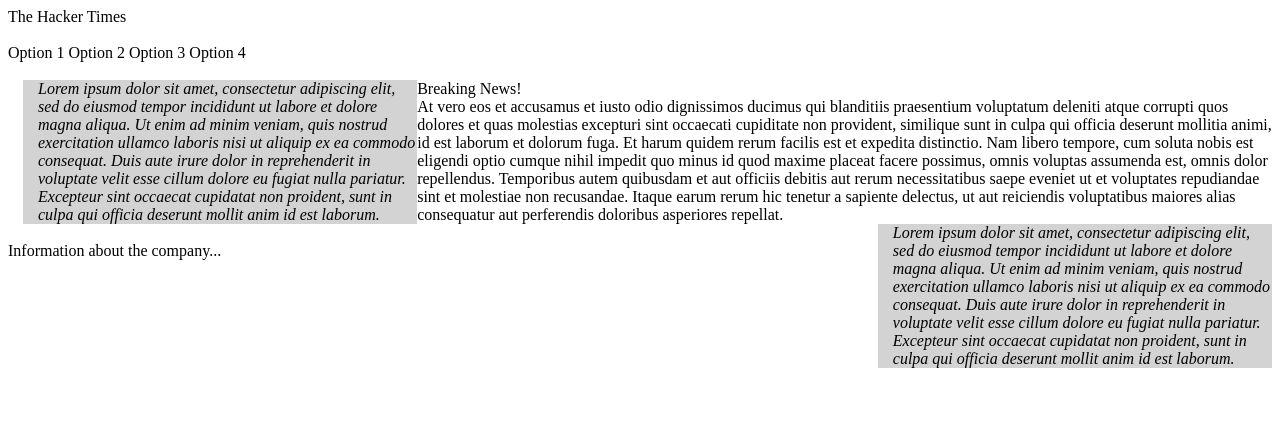
Repository: HackerUSA-CE/CSS-My-CSS-Garden
Page: index.html
The author's editor kept a copy of each file at every save. The page is drawn from the files as they stood at one save, then again after the next save.
The browser window is 1280 px wide. The pictures show the whole page.

Above is the page before, as saved 2020-12-02 11:26:46.

### index.html
<!DOCTYPE html>
<html>

<head>
    <title>The Hacker Times</title>
    <link rel="stylesheet" type="text/css" href="main.css" />
</head>

<body>
    <header>
        The Hacker Times
    </header>
    <br/>
    <nav>
        <a>Option 1</a>
        <a>Option 2</a>
        <a>Option 3</a>
        <a>Option 4</a>
    </nav>
    <br/>
    <aside class="aside-left">
        Lorem ipsum dolor sit amet, consectetur adipiscing elit, sed do eiusmod tempor incididunt ut labore et dolore magna aliqua. Ut enim ad minim veniam, quis nostrud exercitation ullamco laboris nisi ut aliquip ex ea commodo consequat. Duis aute irure dolor
        in reprehenderit in voluptate velit esse cillum dolore eu fugiat nulla pariatur. Excepteur sint occaecat cupidatat non proident, sunt in culpa qui officia deserunt mollit anim id est laborum.
    </aside>
    <section>
        Breaking News!
        <article>
            At vero eos et accusamus et iusto odio dignissimos ducimus qui blanditiis praesentium voluptatum deleniti atque corrupti quos dolores et quas molestias excepturi sint occaecati cupiditate non provident, similique sunt in culpa qui officia deserunt mollitia
            animi, id est laborum et dolorum fuga. Et harum quidem rerum facilis est et expedita distinctio. Nam libero tempore, cum soluta nobis est eligendi optio cumque nihil impedit quo minus id quod maxime placeat facere possimus, omnis voluptas
            assumenda est, omnis dolor repellendus. Temporibus autem quibusdam et aut officiis debitis aut rerum necessitatibus saepe eveniet ut et voluptates repudiandae sint et molestiae non recusandae. Itaque earum rerum hic tenetur a sapiente delectus,
            ut aut reiciendis voluptatibus maiores alias consequatur aut perferendis doloribus asperiores repellat.
        </article>
    </section>
    <aside class="aside-right">
        Lorem ipsum dolor sit amet, consectetur adipiscing elit, sed do eiusmod tempor incididunt ut labore et dolore magna aliqua. Ut enim ad minim veniam, quis nostrud exercitation ullamco laboris nisi ut aliquip ex ea commodo consequat. Duis aute irure dolor
        in reprehenderit in voluptate velit esse cillum dolore eu fugiat nulla pariatur. Excepteur sint occaecat cupidatat non proident, sunt in culpa qui officia deserunt mollit anim id est laborum.
    </aside>
    <br/>
    <footer>
        Information about the company...
    </footer>
</body>

</html>

### main.css
.aside-left {
    width: 30%;
    padding-left: 15px;
    margin-left: 15px;
    float: left;
    font-style: italic;
    background-color: lightgray;
}

.aside-right {
    width: 30%;
    padding-left: 15px;
    margin-left: 15px;
    float: right;
    font-style: italic;
    background-color: lightgray;
}

After the next save:
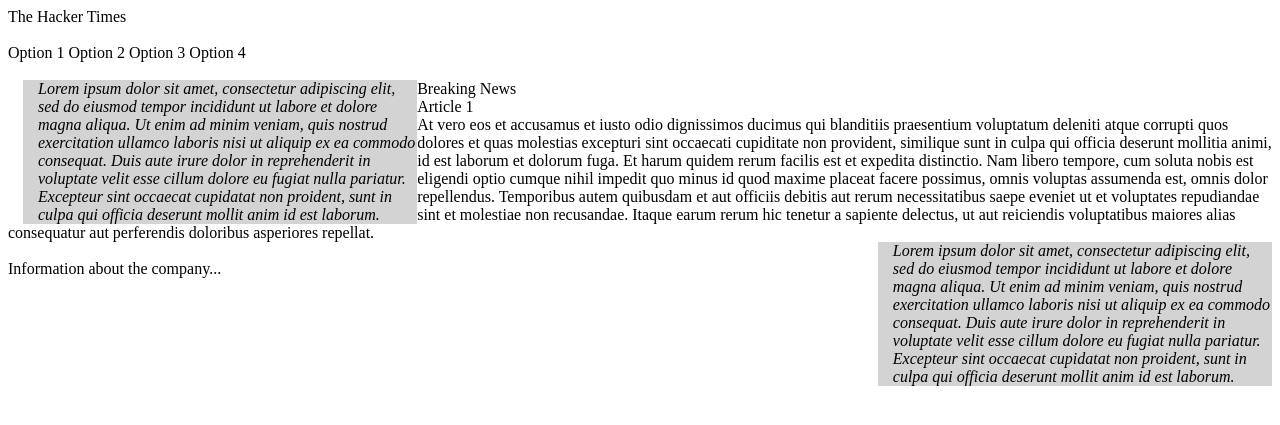
Saved 41 s later.
--- a/index.html
+++ b/index.html
@@ -23,7 +23,8 @@
         in reprehenderit in voluptate velit esse cillum dolore eu fugiat nulla pariatur. Excepteur sint occaecat cupidatat non proident, sunt in culpa qui officia deserunt mollit anim id est laborum.
     </aside>
     <section>
-        Breaking News!
+        Breaking News
+        <header>Article 1</header>
         <article>
             At vero eos et accusamus et iusto odio dignissimos ducimus qui blanditiis praesentium voluptatum deleniti atque corrupti quos dolores et quas molestias excepturi sint occaecati cupiditate non provident, similique sunt in culpa qui officia deserunt mollitia
             animi, id est laborum et dolorum fuga. Et harum quidem rerum facilis est et expedita distinctio. Nam libero tempore, cum soluta nobis est eligendi optio cumque nihil impedit quo minus id quod maxime placeat facere possimus, omnis voluptas
